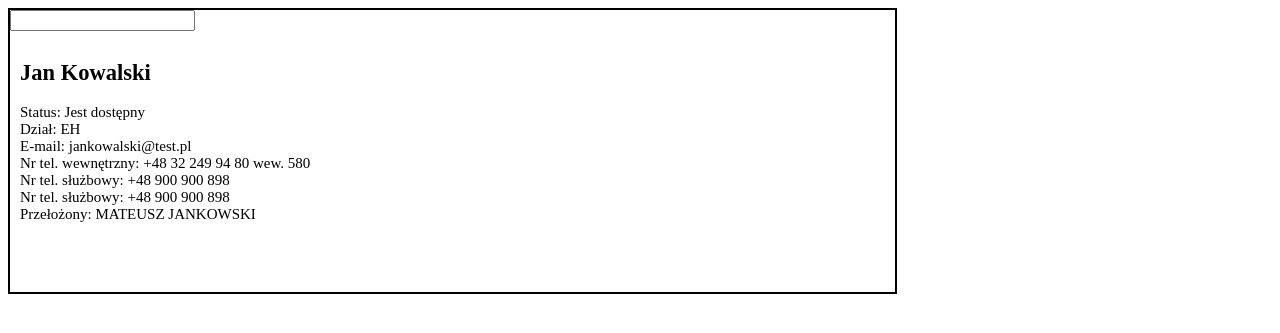
Repository: emdes515/EHpanel
Page: html/dashboardObecnosc.html
The author's editor kept a copy of each file at every save. The page is drawn from the files as they stood at one save, then again after the next save.
The browser window is 1280 px wide. The pictures show the whole page.

Above is the page before, as saved 2024-04-22 10:28:07.
Console error: ReferenceError: $ is not defined

### html/dashboardObecnosc.html
<style>
	.main {
		width: 70%;
		height: 40%;
		border: 2px solid black;
		display: flex;
		flex-direction: column;
		font-size: 15px;
	}

	.inputContainer {
		margin: 10px;
		align-self: center;
		width: 50%;
		height: 10%;
	}

	.info {
		margin: 10px;
	}
</style>

<div class="main">
	<div>
		<input
			id="dashboardObecnoscInput"
			name="dashboardObecnoscInput" />
	</div>

	<div class="info">
		<div>
			<h2>Jan Kowalski</h2>
		</div>
		<div>
			<div><span>Status: </span> <span>Jest dostępny</span></div>
			<div><span>Dział: </span> <span>EH</span></div>
			<div><span>E-mail: </span> <span>jankowalski@test.pl</span></div>
			<div><span>Nr tel. wewnętrzny: </span> <span>+48 32 249 94 80 wew. 580</span></div>
			<div><span>Nr tel. służbowy: </span> <span>+48 900 900 898</span></div>
			<div><span>Nr tel. służbowy: </span> <span>+48 900 900 898</span></div>
			<div><span>Przełożony: </span> <span>MATEUSZ JANKOWSKI</span></div>
		</div>
	</div>
</div>

<script
	type="text/javascript"
	src="js/dashboardObecnosc.js"></script>

### js/dashboardObecnosc.js
$(document).ready(function () {
	const pracownicyNieobecnii_Zdalnie = $('#dashboardObecnoscInput').jqxInput({
		placeHolder: 'Wprowadź dane pracownika',
		height: '100%',
		width: '100%',
		minLength: 1,
	});

	const url = 'https://api.elgor.com.pl/login';
	const apikey =
		'f000983f7ccf9d50418948aeb3eef18484fb354824ca383c64823bd7db18c41b82b90434b9ab30e4f310701d749fa158569573b16a13cbd15fd0b853af04ed77';

	fetch(url, {
		method: 'GET',
		headers: {
			Accept: 'application/json',
			apikey: apikey,
		},
	})
		.then((response) => response.json())
		.then((data) => console.log(data));
});

After the next save:
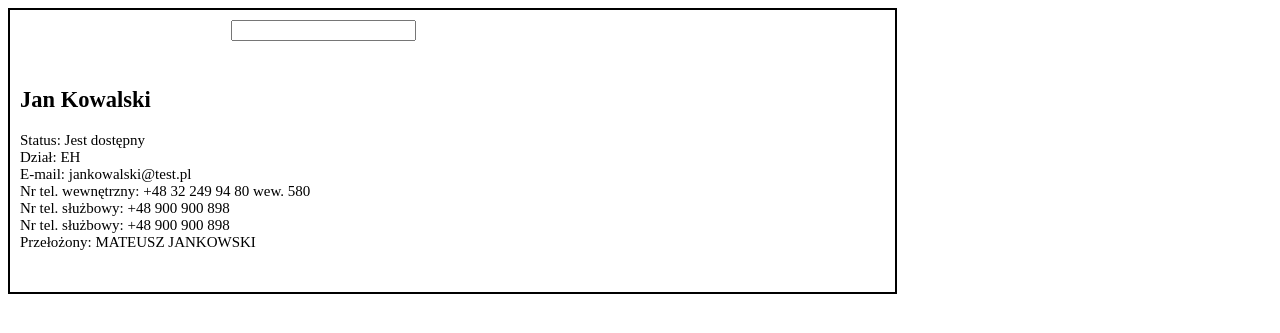
Saved 19 s later.
--- a/html/dashboardObecnosc.html
+++ b/html/dashboardObecnosc.html
@@ -21,7 +21,7 @@
 </style>
 
 <div class="main">
-	<div>
+	<div class="inputContainer">
 		<input
 			id="dashboardObecnoscInput"
 			name="dashboardObecnoscInput" />
